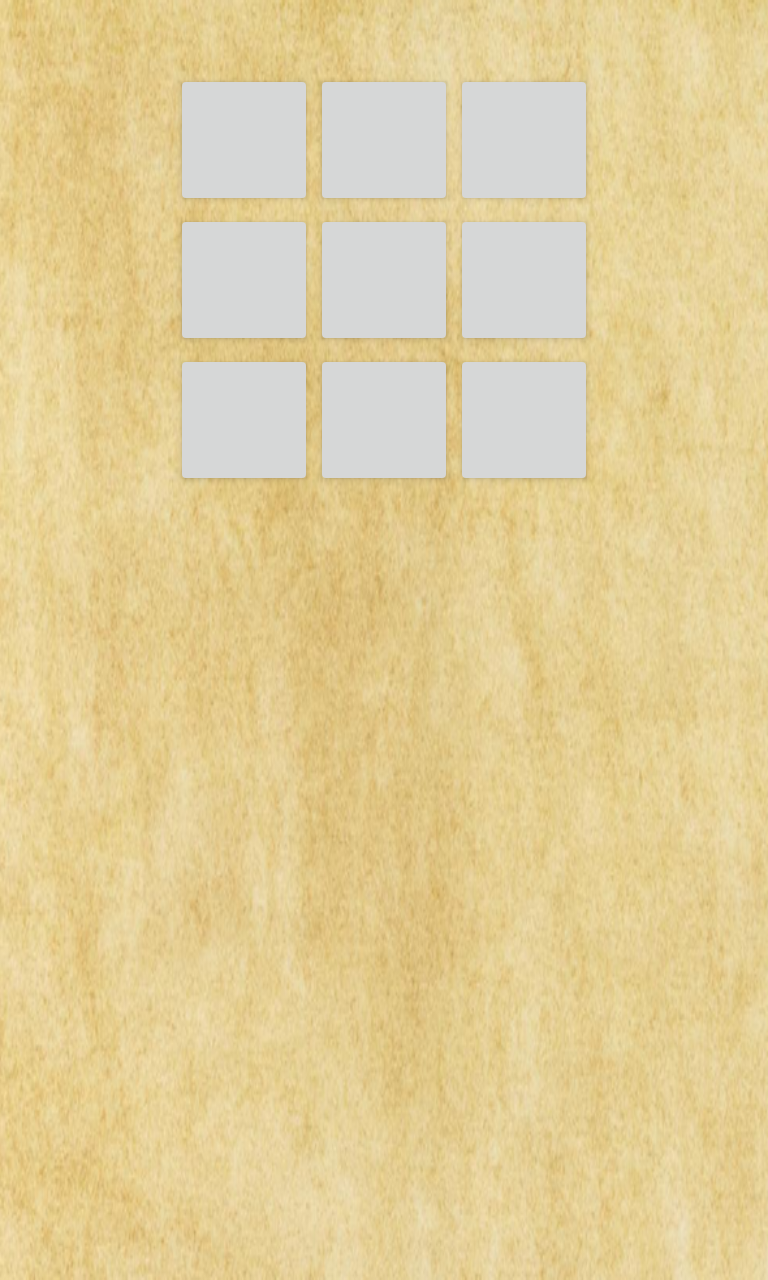
Repository: dtakiy/jogovelha
Layout: games/res/layout/activity_main.xml
The author's editor kept a copy of each file at every save. The layout is drawn from the files as they stood at one save, then again after the next save.
It is drawn on a 768 x 1280 px phone screen (xhdpi) without system bars, with theme AppTheme; the app's code is not run.

Above is the layout before, as saved 2014-09-17 18:28:40.

After the next save:
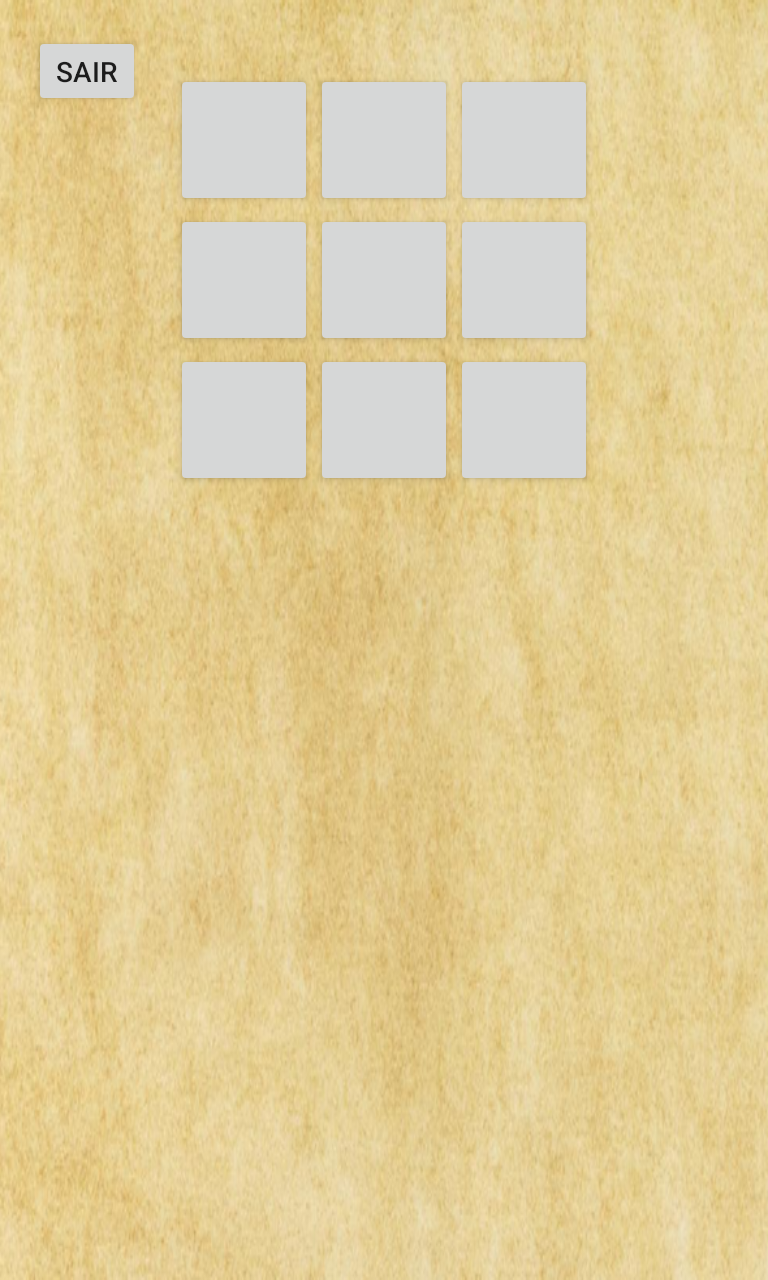
Saved 4 min 10 s later.
--- a/games/res/layout/activity_main.xml
+++ b/games/res/layout/activity_main.xml
@@ -102,4 +102,12 @@
 	    android:minHeight="70dip"
 	    android:minWidth="70dip" />
 
+		<Button
+	    android:id="@+id/sair"
+	    android:layout_width="wrap_content"
+	    android:layout_height="wrap_content"
+	    android:minHeight="20dip"
+	    android:minWidth="20dip"
+	    android:text="@string/sair" />
+
 </RelativeLayout>
--- a/games/res/values/strings.xml
+++ b/games/res/values/strings.xml
@@ -1,8 +1,9 @@
 <?xml version="1.0" encoding="utf-8"?>
 <resources>
 
-    <string name="app_name">Tic Tac Game</string>
+    <string name="app_name">Jet's Tic Tac Game</string>
     <string name="hello_world">Welcome to Tic Tac Game</string>
     <string name="action_settings">Settings</string>
+    <string name="sair">Sair</string>
 
 </resources>
